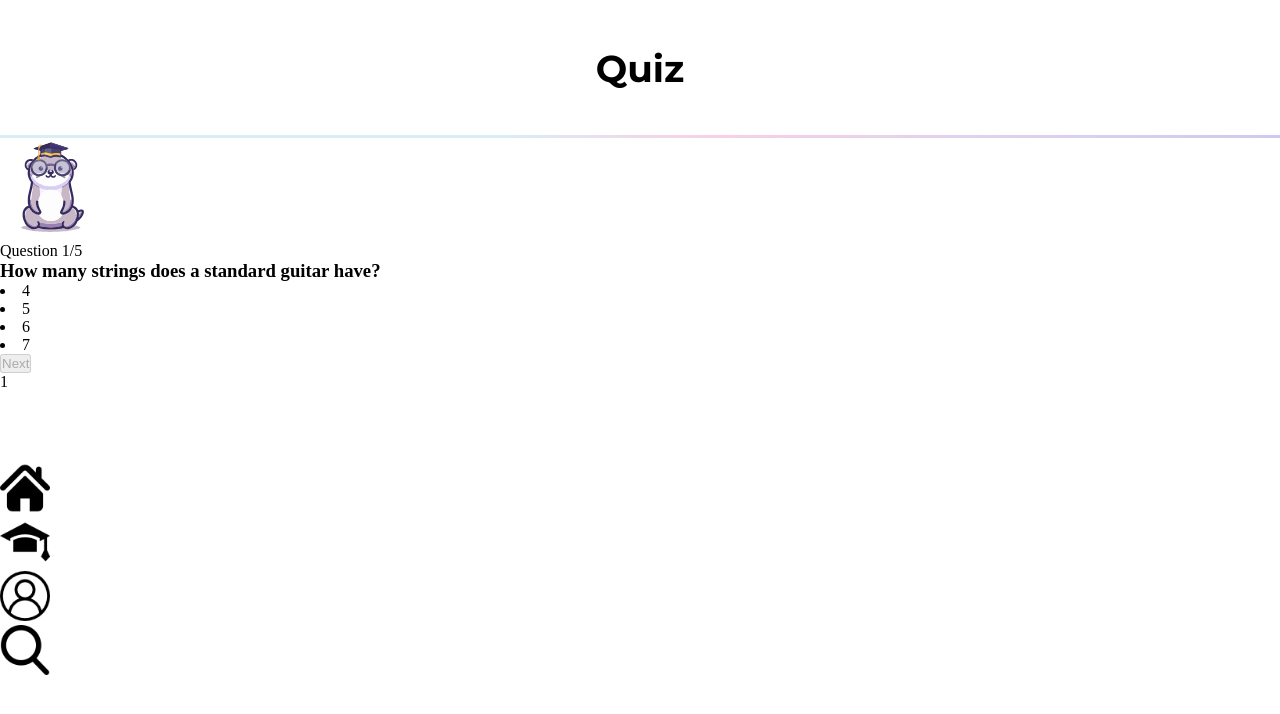
Repository: 1medi/pocketprof
Page: /quiz/page
These files come from the project's save history. The page is drawn as it stood at one moment and after the next save; the edit follows.
The browser window is 1280 px wide. The pictures show the whole page.
The project was rebuilt for these pictures with package versions that can differ from the ones it lists, and the page was loaded fresh each time. The framework's server and built-in components were replaced by stand-ins that run in the browser. Also part of the build but not shown: next.config.mjs, Components/Buttons/Oscar/Oscar.module.css, Components/Buttons/Oscar/index.js.

Above is the page before, as saved 2024-04-14 06:24:26.

### pages/quiz/page.jsx
'use client';
import React, { useState, useRef, useEffect } from 'react';
import { quiz } from "../data"
import styles from "./page.module.css"
import { Montserrat } from "next/font/google"
import Header from '@/Components/Header';
import NavBar from "@/Components/Navbar"
import Image from 'next/image';


const notoSans = Montserrat({
  subsets: ['latin'],
});

export default function Page() {
  const [activeQuestion, setActiveQuestion] = useState(0);
  const [selectedAnswer, setSelectedAnswer] = useState('');
  const [checked, setChecked] = useState(false);
  const [selectedAnswerIndex, setSelectedAnswerIndex] = useState(null);
  const [showResult, setShowResult] = useState(false);
  const [result, setResult] = useState({
    score: 0,
    correctAnswers: 0,
    wrongAnswers: 0,
  });
  const [progress, setProgress] = useState(0);

  const nextButtonRef = useRef(null);

  const { questions } = quiz;
  const { answers, correctAnswer } = questions[activeQuestion];

  const onAnswerSelected = (answer, idx, event = null) => {
    if (event && event.type === 'keydown' && (event.key !== 'Enter' && event.key !== ' ')) {
      return;
    }
    setChecked(true);
    setSelectedAnswerIndex(idx);
    if (answer === correctAnswer) {
      setSelectedAnswer(true);
      console.log('true');
    } else {
      setSelectedAnswer(false);
      console.log('false');
    }
  };


  useEffect(() => {
    if (checked && nextButtonRef.current) {
      nextButtonRef.current.focus();
    }
  }, [checked]);

  const nextQuestion = () => {
    setProgress((prevProgress) => (prevProgress + 1) % 5); // Change 5 to the total number of nested divs
    setSelectedAnswerIndex(null);
    setResult((prev) =>
      selectedAnswer
        ? {
            ...prev,
            score: prev.score + 5,
            correctAnswers: prev.correctAnswers + 1,
          }
        : {...prev,
            wrongAnswers: prev.wrongAnswers + 1,
          }
    );
    if (activeQuestion !== questions.length - 1) {
      setActiveQuestion((prev) => prev + 1);
    } else {
      setActiveQuestion(0);
      setShowResult(true);
    }
    setChecked(false);
  };

  return (
    <>
    <Header name="Quiz"/>
      <div className={`${styles.container}`}>
      <div>
      <div className={styles.oscarBox}>
    <Image
      priority
      src="/img/oscar/oscar-main.svg"
      width="100"
      height="100"
      alt="oscar"
      className={styles.oscar}
    />
    {!showResult && (
      <div className={styles.activeQ}>
        Question {activeQuestion + 1}
        <span>/{questions.length}</span>
      </div>
    )}
  </div>
    </div>
      <div>
        {!showResult ? (
          <div className={styles.quizContainer}>
            <h3 className={styles.question}>{questions[activeQuestion].question}</h3>
            {answers.map((answer, idx) => (
              <li
                key={idx}
                onClick={() => onAnswerSelected(answer, idx)}
                onKeyDown={(event) => onAnswerSelected(answer, idx, event)}
                className={`${styles.answerList} ${selectedAnswerIndex === idx ? styles.itemSelected : styles.itemHover}`}
                tabIndex={0}>
                <span>{answer}</span>
              </li>
            ))}

            <button
              ref={nextButtonRef}
              onClick={nextQuestion}
              className={checked ? styles.btn : styles.btnDisabled}
              tabIndex={2}
              disabled={!checked}>
              {activeQuestion === questions.length - 1 ? 'Finish' : 'Next'}
            </button>
          </div>
        ) : (
          <div className={styles.quizContainer}>
            <div className={styles.result}><h3 className={styles.hthree}>Results</h3></div>
            <div><h2 className={styles.htwo}>Overall {(result.score / (questions.length * 5)) * 100}%</h2></div>
            <div className={styles.resultBox}>
              <p className={styles.paragraph}>
              Total Questions: <span>{questions.length}</span>
            </p>
            <p className={styles.paragraph}>
              Total Score: <span>{result.score}</span>
            </p>
            <p className={styles.paragraph}>
              Correct Answers: <span>{result.correctAnswers}</span>
            </p>
            <p className={styles.paragraph}>
              Wrong Answers: <span>{result.wrongAnswers}</span>
            </p>
            </div>
            <button className={styles.btn} onClick={() => window.location.reload()}>Restart</button>
          </div>
        )}
      </div>
      <div className={styles.progressBar}>
          <div className={styles.step} style={{ opacity: progress >= 0 ? 1 : 0 }}><p className={styles.barText}>1</p></div>
          <div className={styles.step} style={{ opacity: progress >= 1 ? 1 : 0 }}><p className={styles.barText}>2</p></div>
          <div className={styles.step} style={{ opacity: progress >= 2 ? 1 : 0 }}><p className={styles.barText}>3</p></div>
          <div className={styles.step} style={{ opacity: progress >= 3 ? 1 : 0 }}><p className={styles.barText}>4</p></div>
          <div className={styles.step} style={{ opacity: progress >= 4 ? 1 : 0 }}><p className={styles.barText}>5</p></div>
      </div>
      </div>
    <NavBar/>
    </>

  );
};

### styles/globals.css
:root {
background-color: white;
align-content: center;
--main-color-purple: #53239B;
--main-color-lightpurple: #CCBFED;
--secondary-color-blue: #9AB7F9;
--secondary-color-lightblue: #CCE3FB;

--font-header: 34pt ;
--font-section-header: 28pt;
--font-sub-header: 24pt;
--font-button: 16pt;
--font-body: 16pt;
--font-secondary: 14pt;
--font-tertiary:12pt;

--headings: "Montserrat", "sans-serif";;
--body-text: "Noto Sans", sans-serif;

}


* {
    padding: 0;
    margin: 0;
  }

  ol,
  ul {
    list-style: none;
  }

### pages/data.js
export const quiz = {
    totalQuestions: 5,
    questions: [
      {
        id: 1,
        question: 'How many strings does a standard guitar have?',
        answers: ['4', '5', '6', '7'],
        correctAnswer: '6',
      },
      {
        id: 2,
        question: 'Which part of the guitar do you strum or pluck the strings with?',
        answers: ['Headstock', 'Fretboard', 'Body', 'Bridge'],
        correctAnswer: 'Body',
      },
      {
        id: 3,
        question: 'What is a pick used for in playing the guitar?',
        answers: ['Holding the strings down', 'Strumming or plucking the strings', 'Keeping the guitar in tune', 'San Marino'],
        correctAnswer: 'Strumming or plucking the strings',
      },
      {
        id: 4,
        question: 'What is the name of the thickest string on the guitar?',
        answers: ['A string', 'E string', 'D string', 'G string'],
        correctAnswer: 'E string',
      },
      {
        id: 5,
        question: 'Where do you place your fingers to play different notes on the guitar?',
        answers: ['On the body', 'On the headstock', 'On the strings over the fretboard', 'On the tuning pegs'],
        correctAnswer: 'On the strings over the fretboard',
      },
    ],
  };

### pages/quiz/page.module.css

@media only screen and (max-width:431px) {
  .container{
  padding: 1rem 0;
  background-color: white;
  width: 95%;
  margin: auto;
  margin-top: 3rem;
  border-radius: 10px;
  font-size: var(--font-body);

}

.question{
  font-family: var(--body-text);
  font-size: var(--font-body);
  margin: 20px 10px;

}

.htwo {
  padding-bottom: 2rem;
  color: #000105;
  font-family: var(--headings);
  font-size: var(--font-sub-header);
}

.hthree {
  padding-bottom: 2rem;
  color: #000105;
  font-family: var(--headings);
  font-size: var(--font-sub-header);
  text-align: left;
}

.result{
  left:0;
  width:100%;
  border-bottom: 0.5px solid black;
  height: 40px;
  margin-bottom: 3rem;
}

.btn {
  padding: 16px 8px;
  width: 100%;
  margin-top: 12px;
  font-size: var(--font-button);
  border-radius: 5px;
  cursor: pointer;
  background-color: var(--main-color-purple);
  color: white;
  font-family: var(--headings);
  align-self: center;
}

.btnDisabled {
  background-color: lightgray;
  padding: 16px 8px;
  width: 100%;
  margin-top: 12px;
  font-size: var(--font-button);
  border-radius: 4px;
  color: darkgray;
  font-family: var(--headings);
}

.answerList {
  list-style-type: none;
  cursor: pointer;
  margin: 10px 50px;
  padding: 8px 15px;
  color: #000105;
  border: 1.5px solid lightgray;
  background-color: white;
  font-family: var(--body-text);
  font-size: var(--font-secondary);
  width: 70%;
}

.activeQ{
  margin: 5rem 12rem;
  position: absolute;
  top: 50%; /* center vertically */
  left: 50%; /* center horizontally */
  transform: translate(-50%, -50%); /* adjust precise centering */
  width: 100%;
  color: black;
  text-align: center;
  padding:10px;
  font-family: var(--headings);
  font-size: var(--font-sub-header)
}

.itemHover:hover {
  background-color: #CCBFED;
  columns: #fff;
}

.itemSelected {
  color: #474747;
  background-color:#8E71D5;
}

.quizContainer {
  background: linear-gradient(-10deg, #d9edf7 35%, rgba(237, 202, 216, 0) 50%, var(--main-color-lightpurple)), radial-gradient(circle, #ffcae1 0, #daeafc 100%);
  padding: 1rem;
  margin-top: 2rem;
  border-radius: 4px;
  display: flex;
  flex-direction: column;
  justify-content: center;
  align-items: center;

}

.paragraph {
  padding: 8px 0;
  font-size: var(--font-body);
  font-family: var(--body-text);
  margin: 10px;
  padding: 8px 50px 8px 10px;
  color: #000105;
  border-bottom: 1.5px solid lightgray;
  background-color: white;
  text-align: left;
}

.resultBox{
  background-color: white;
  padding: 2rem;
  width: fit-content;
  display: flex;
  flex-direction: column;
  align-self: center;
  border-radius: 10px;
  margin-bottom: 2rem;
}

.oscarBox {
  position: relative;
  width: 200px;
  height: 200px;
}

.oscar {
  display: block;
  width: 100%;
  height: auto;
}

}

### Components/Header/index.js
import styles from "@/Components/Header/Header.module.css"
import Link from "next/link"

export default function Header({name}){
  return (
    <>
    <header className={styles.header}>

      <h1 className={styles.headerTitle}>{name}</h1>
    </header>
    </>
  )
}

### Components/Navbar/index.js
import styles from "./Navbar.module.css"
import Oscar from "@/Components/Buttons/Oscar"
import Link from "next/link"
import Home from "@/public/img/home-icon-silhouette.png"
import Image from "next/image"
import Learn from "@/public/img/learn.png"
import Profile from "@/public/img/navuser.png"
import Search from "@/public/img/search.png"

export default function NavBar() {
  return (
    <nav className={styles.nav}>
      <div className={styles.navContainer}>
        <ul className={styles.navOptions}>
          <li className={styles.navLink}>
            <Link href={'/'} className={styles.navText}>
              <Image
              className={styles.image}
              src={Home}
              width={50}
              height={50}
              />
            </Link>
          </li>
          <li className={styles.navLink}>
            <Link href={'/Courses'} className={styles.navText}>
              <Image
              className={styles.image}
              src={Learn}
              width={50}
              height={50}
              />
            </Link>
          </li>
          <li className={styles.navLink}>
            <Link href={'/Profile'} className={styles.navText}>
              <Image
              className={styles.image}
              src={Profile}
              width={50}
              height={50}
              />
            </Link>
          </li>
          <li className={styles.navLink}>
            <Link href={'/QuizPage'} className={styles.navText}>
              <Image
              className={styles.image}
              src={Search}
              width={50}
              height={50}
              />

            </Link>
          </li>
        </ul>
      </div>
    </nav>
  )
}

### Components/Header/Header.module.css
.header{
  max-height: 400;
  height: 6rem;
  position: relative;
  padding: 1.3rem;
  backdrop-filter: blur(10px);
  }

  .header::before {
    content: "";
    position: absolute;
    inset: 0;
    border-bottom: 3px solid transparent;
    background: linear-gradient(140deg,  #d9edf7 35%, rgba(237, 202, 216, 0) 50%, var(--main-color-lightpurple)), radial-gradient(circle, #ffcae1 0, #daeafc 100%) border-box;
    mask: linear-gradient(#fff 0 0) padding-box, linear-gradient(#fff 0 0);
    mask-composite: exclude;
  }


.headerTitle{
  text-align: center;
  margin:auto;
  display: flex;
  justify-content: center;
  color: black;
  padding-top: 25px;
  font-family: var(--headings);
  font-size: var(--font-section-header);
}

### Components/Navbar/Navbar.module.css
@media only screen and (max-width:430px) {
  .nav {
  position: fixed;
  bottom: 0;
  left: 0;
  width: 100%;
  display: flex;
  flex-direction: row;
  background-color:var(--main-color-lightpurple);
  justify-content: space-around;
}

.navContainer{
  position: relative;
  justify-content: space-around;
  width: 100%;
}
.buttonContainer{
  padding:10px;

}

.navOptions{
  display: flex;
  flex-direction: row;
  text-align: center;
  justify-content: space-around;
  padding: 10px;
  text-decoration: none;
}

.navLink{
  padding: 10px;
  border-radius: 10px;
  text-decoration: none;
  list-style: none;
  position: relative;
  justify-content: center;
}

.image:hover{
  background-color: #8b82a4;
}

.navText{
  text-decoration: none;
  list-style: none;
  color:black;
}

.navText:visited{
  text-decoration: none;
  list-style: none;
  color: black;
}

.oscar{
  position:relative
}
}

Loaded but not shown: pages/_app.js (common file); pages/_document.js (common file)

After the next save:
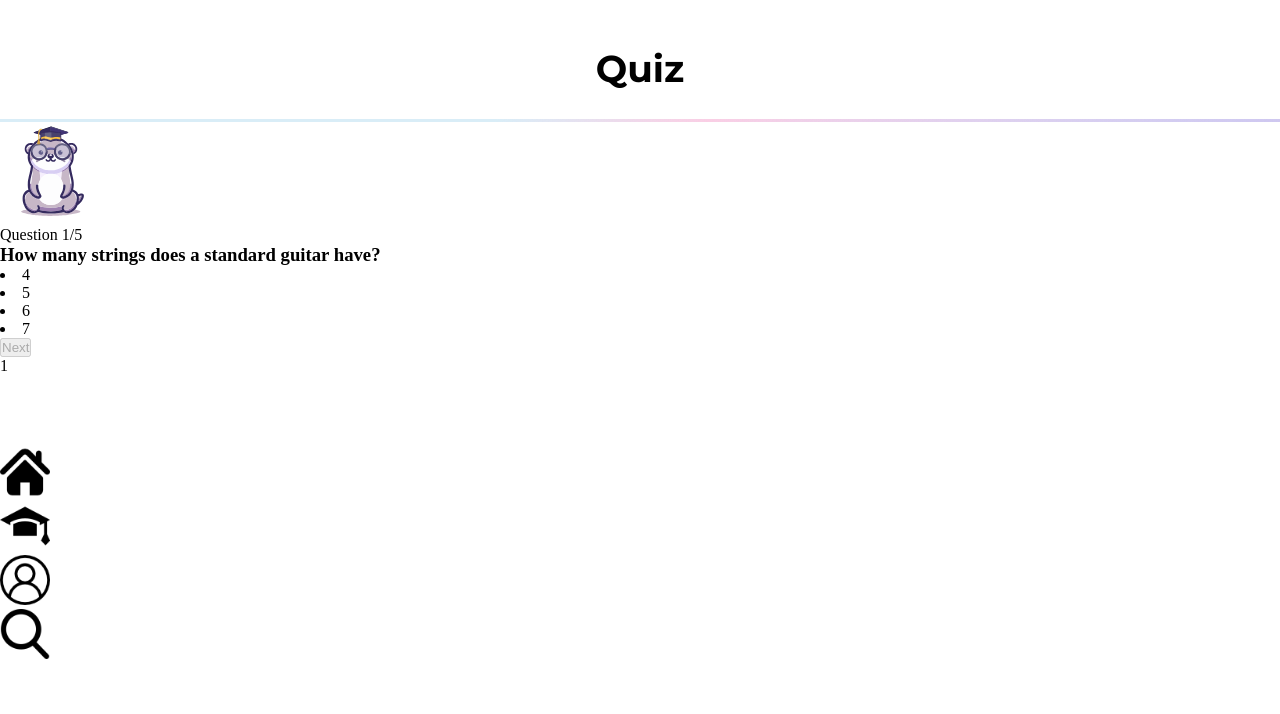
Saved 11 s later.
--- a/Components/Header/Header.module.css
+++ b/Components/Header/Header.module.css
@@ -1,6 +1,6 @@
 .header{
   max-height: 400;
-  height: 6rem;
+  height: 5rem;
   position: relative;
   padding: 1.3rem;
   backdrop-filter: blur(10px);
